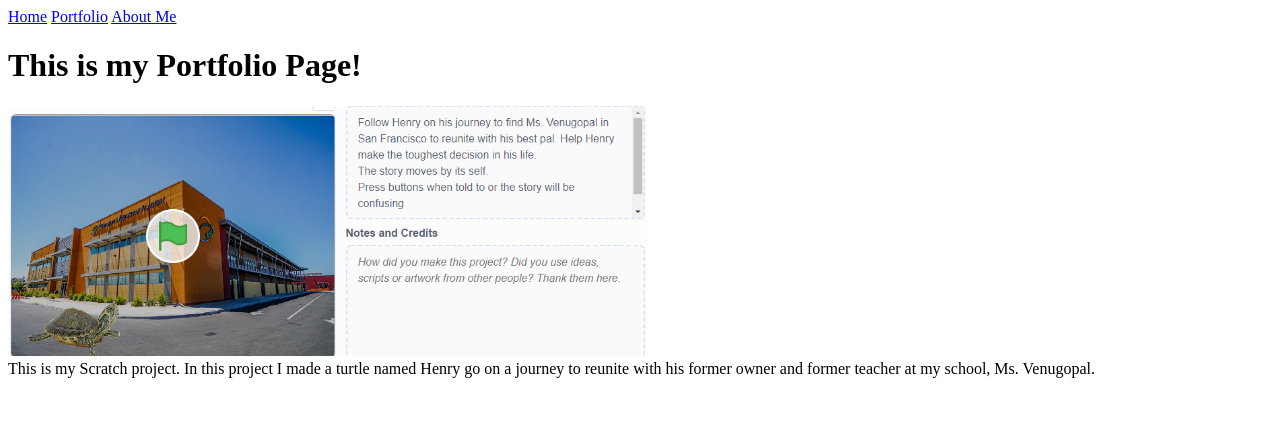
Repository: JReed698/jreed698.github.io
Page: my_website/portfolio.html
The author's editor kept a record of every edit. The page is drawn from the files as they stood at one moment, then again after the next edit.
The browser window is 1280 px wide. The pictures show the whole page.

Above is the page before.

### my_website/portfolio.html
<!doctype html>
	<html lang="en">
	  <head>
	    <meta charset="utf-8">
	    <title>Portfolio</title>
	  </head>
	  <body>
    <a href="index.html">Home</a>
    <a href="portfolio.html">Portfolio</a>
    <a href="aboutme.html">About Me</a>
    <h1>This is my Portfolio Page!</h1>
    <img src="images/Scratch.PNG" height="250">
    <br> This is my Scratch project. In this project I made a turtle named Henry go on a journey to reunite with his former owner and former teacher at my school, Ms. Venugopal.<br>
    <a target="_blank" href="https://scratch.mit.edu"
    </a>
	  </body>
	</html>

After the next edit:
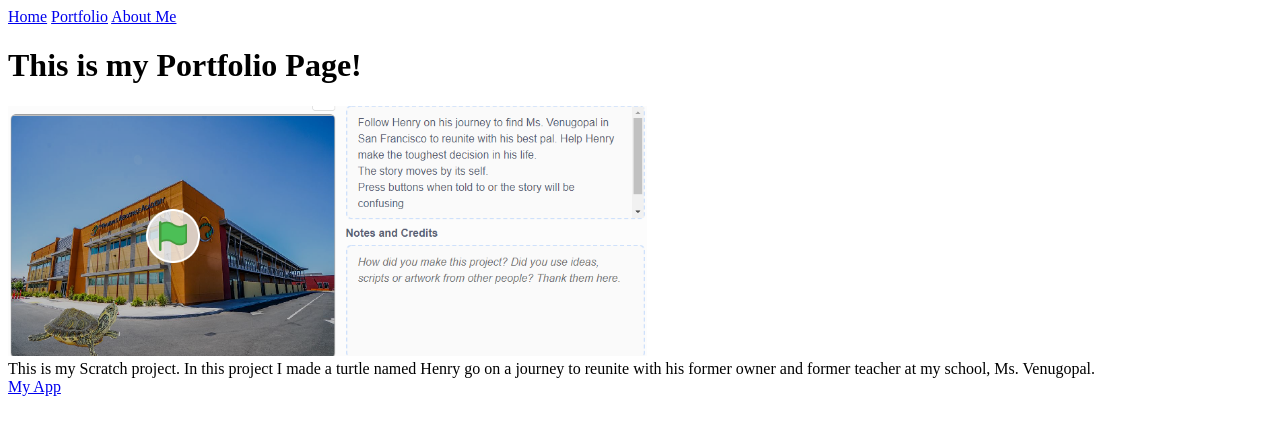
The edit:
--- a/my_website/portfolio.html
+++ b/my_website/portfolio.html
@@ -13,5 +13,6 @@
     <br> This is my Scratch project. In this project I made a turtle named Henry go on a journey to reunite with his former owner and former teacher at my school, Ms. Venugopal.<br>
     <a target="_blank" href="https://scratch.mit.edu"
     </a>
+     <a href=ai2.appinventor.mit.edu/?galleryId=4918640463446016>My App</a>
 	  </body>
 	</html>
